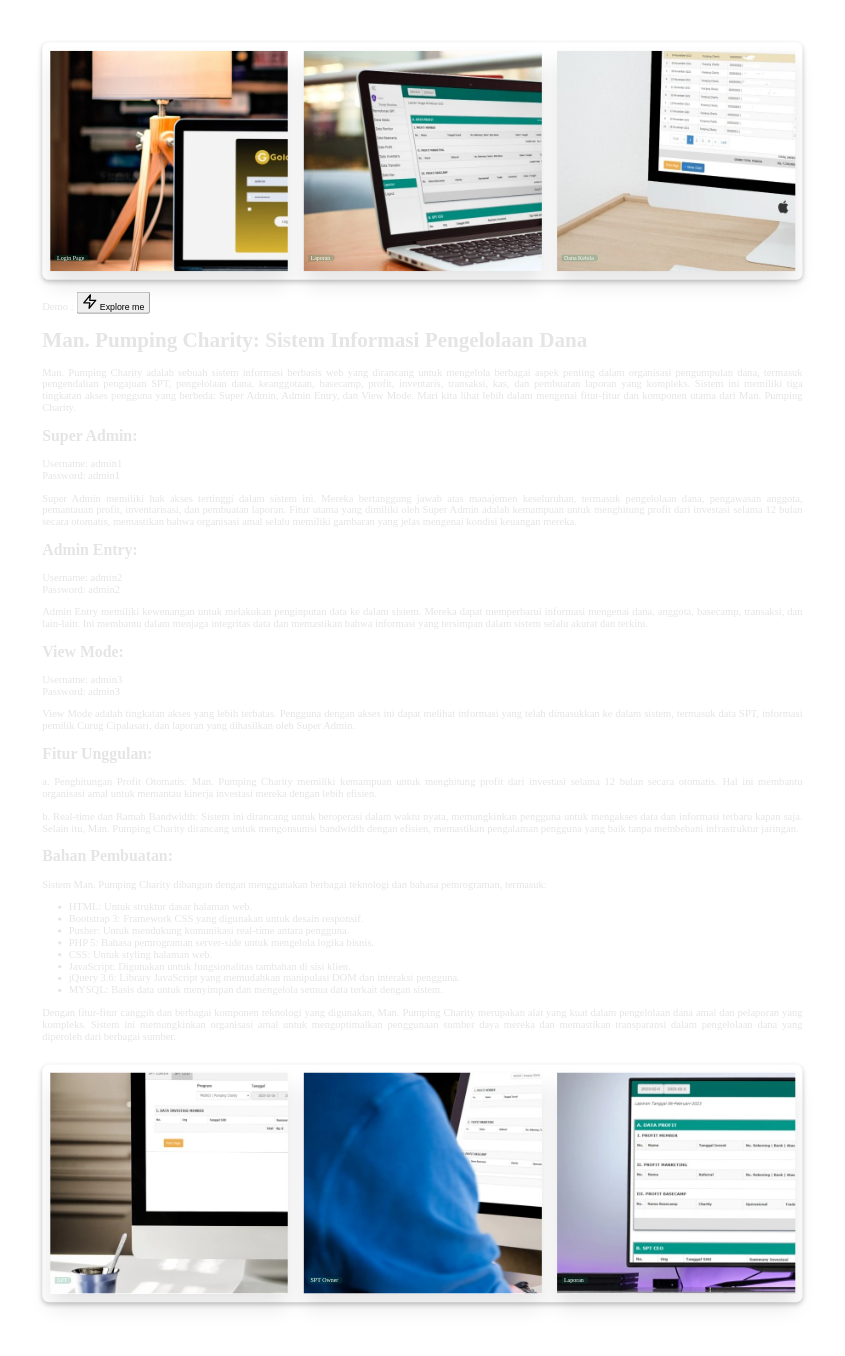
Repository: yusup-maulana/yusup-maulana.github.io
Page: portofolio-manpumping.html
An editor plug-in stored every save of this project. The page is shown before and after the next save, followed by the edit.
The browser window is 1280 px wide. The pictures show the whole page, at 66% of full size.
Some web fonts or font styles are not loaded; a fallback is used.

Above is the page before, as saved 2023-10-06 21:34:37.

### portofolio-manpumping.html
<style type="text/css">
  @import url("https://fonts.googleapis.com/css?family=Baloo+Chettan+2&display=swap");

  .body2::-webkit-scrollbar {
    width: 0.5em;
  }

  .body2::-webkit-scrollbar-track {
    box-shadow: inset 0 0 6px rgb(167 167 167 / 41%);
    background-color: #061e29;
  }

  .body2::-webkit-scrollbar-thumb {
    background-color: #00f1ffab;
  }

  .body2 {
    font-family: "Baloo Chettan 2";
    color: #e5e5e5;
    margin: 2%;
    text-align: justify;
    padding: 3%;
  }

  .body2 a {
    color: dodgerblue;
  }

  /* table wisata ...................*/
  .twisata {
  }

  .twisata tr {
    background: linear-gradient(90deg, #1193a1, transparent);
    color: white;
    font-weight: 900;
    border: 3px solid #ffffff;
  }

  .twisata tr td {
  }

  .twisata tr td span {
    background: #bdffda;
    font-weight: 900;
    padding: 1px 6px;
    border-radius: 5px;
    color: #08102b;
  }

  /* wisata-container ...................*/
  .container-wisata {
    box-shadow: rgb(0 0 0 / 24%) 0px 3px 8px;
    display: flex;
    width: 100%;
    padding: 1% 0%;
    box-sizing: border-box;
    height: 50vh;
    border-radius: 10px;
  }

  .boxwisata {
    flex: 1;
    overflow: hidden;
    transition: 0.5s;
    margin: 1px 1%;
    box-shadow: 0 20px 30px rgba(0, 0, 0, 0.1);
    line-height: 0;
  }

  .boxwisata > img {
    width: 200%;
    height: calc(100% - 10vh);
    object-fit: cover;
    transition: 0.5s;
    height: 100% !important;
  }

  .boxwisata > span {
    position: relative;
    left: 7px;
    font-size: xx-small;
    color: #f5fff7 !important;
    bottom: 20px;
    white-space: nowrap;
    background-color: rgb(1 118 74 / 20%);
    padding: 0 6px 0 4px;
    border-radius: 0 10px 10px 0;
  }

  .boxwisata:hover {
    flex: 1 1 50%;
  }

  .boxwisata:hover > img {
    width: 100%;
    height: 100%;
  }
</style>
<div class="container-wisata">
  <div class="boxwisata">
    <img alt="Curug Cipalasari" src="IMG/pumpingcharity/man.pumpingc1.webp" />
    <span>Login Page</span>
  </div>
  <div class="boxwisata">
    <img alt="Curug Cipalasari" src="IMG/pumpingcharity/man.pumpingc2.webp" />
    <span>Laporan</span>
  </div>
  <div class="boxwisata">
    <img alt="Curug Cipalasari" src="IMG/pumpingcharity/man.pumpingc3.webp" />
    <span>Dana Kelola</span>
  </div>
</div>
<br />

<body class="body2">
  Demo :
  <a target="_blank" href="https://maulana-project122.000webhostapp.com/"
    ><button>
      <svg
        viewBox="0 0 24 24"
        width="24"
        height="24"
        stroke="currentColor"
        stroke-width="2"
        fill="none"
        stroke-linecap="round"
        stroke-linejoin="round"
        class="css-i6dzq1"
      >
        <polygon points="13 2 3 14 12 14 11 22 21 10 12 10 13 2"></polygon>
      </svg>
      Explore me
    </button></a
  ><br />
  <h1>Man. Pumping Charity: Sistem Informasi Pengelolaan Dana</h1>
  <p>
    Man. Pumping Charity adalah sebuah sistem informasi berbasis web yang
    dirancang untuk mengelola berbagai aspek penting dalam organisasi
    pengumpulan dana, termasuk pengendalian pengajuan SPT, pengelolaan dana,
    keanggotaan, basecamp, profit, inventaris, transaksi, kas, dan pembuatan
    laporan yang kompleks. Sistem ini memiliki tiga tingkatan akses pengguna
    yang berbeda: Super Admin, Admin Entry, dan View Mode. Mari kita lihat lebih
    dalam mengenai fitur-fitur dan komponen utama dari Man. Pumping Charity.
  </p>

  <h2>Super Admin:</h2>
  <p>Username: admin1<br />Password: admin1</p>
  <p>
    Super Admin memiliki hak akses tertinggi dalam sistem ini. Mereka
    bertanggung jawab atas manajemen keseluruhan, termasuk pengelolaan dana,
    pengawasan anggota, pemantauan profit, inventarisasi, dan pembuatan laporan.
    Fitur utama yang dimiliki oleh Super Admin adalah kemampuan untuk menghitung
    profit dari investasi selama 12 bulan secara otomatis, memastikan bahwa
    organisasi amal selalu memiliki gambaran yang jelas mengenai kondisi
    keuangan mereka.
  </p>

  <h2>Admin Entry:</h2>
  <p>Username: admin2<br />Password: admin2</p>
  <p>
    Admin Entry memiliki kewenangan untuk melakukan penginputan data ke dalam
    sistem. Mereka dapat memperbarui informasi mengenai dana, anggota, basecamp,
    transaksi, dan lain-lain. Ini membantu dalam menjaga integritas data dan
    memastikan bahwa informasi yang tersimpan dalam sistem selalu akurat dan
    terkini.
  </p>

  <h2>View Mode:</h2>
  <p>Username: admin3<br />Password: admin3</p>
  <p>
    View Mode adalah tingkatan akses yang lebih terbatas. Pengguna dengan akses
    ini dapat melihat informasi yang telah dimasukkan ke dalam sistem, termasuk
    data SPT, informasi pemilik Curug Cipalasari, dan laporan yang dihasilkan
    oleh Super Admin.
  </p>

  <h2>Fitur Unggulan:</h2>
  <p>
    a. Penghitungan Profit Otomatis: Man. Pumping Charity memiliki kemampuan
    untuk menghitung profit dari investasi selama 12 bulan secara otomatis. Hal
    ini membantu organisasi amal untuk memantau kinerja investasi mereka dengan
    lebih efisien.
  </p>
  <p>
    b. Real-time dan Ramah Bandwidth: Sistem ini dirancang untuk beroperasi
    dalam waktu nyata, memungkinkan pengguna untuk mengakses data dan informasi
    terbaru kapan saja. Selain itu, Man. Pumping Charity dirancang untuk
    mengonsumsi bandwidth dengan efisien, memastikan pengalaman pengguna yang
    baik tanpa membebani infrastruktur jaringan.
  </p>

  <h2>Bahan Pembuatan:</h2>
  <p>
    Sistem Man. Pumping Charity dibangun dengan menggunakan berbagai teknologi
    dan bahasa pemrograman, termasuk:
  </p>
  <ul>
    <li>HTML: Untuk struktur dasar halaman web.</li>
    <li>Bootstrap 3: Framework CSS yang digunakan untuk desain responsif.</li>
    <li>Pusher: Untuk mendukung komunikasi real-time antara pengguna.</li>
    <li>
      PHP 5: Bahasa pemrograman server-side untuk mengelola logika bisnis.
    </li>
    <li>CSS: Untuk styling halaman web.</li>
    <li>JavaScript: Digunakan untuk fungsionalitas tambahan di sisi klien.</li>
    <li>
      jQuery 3.6: Library JavaScript yang memudahkan manipulasi DOM dan
      interaksi pengguna.
    </li>
    <li>
      MYSQL: Basis data untuk menyimpan dan mengelola semua data terkait dengan
      sistem.
    </li>
  </ul>

  <p>
    Dengan fitur-fitur canggih dan berbagai komponen teknologi yang digunakan,
    Man. Pumping Charity merupakan alat yang kuat dalam pengelolaan dana amal
    dan pelaporan yang kompleks. Sistem ini memungkinkan organisasi amal untuk
    mengoptimalkan penggunaan sumber daya mereka dan memastikan transparansi
    dalam pengelolaan dana yang diperoleh dari berbagai sumber.
  </p>

  <br />
  <div class="container-wisata">
    <div class="boxwisata">
      <img alt="Curug Cipalasari" src="IMG/pumpingcharity/man.pumpingc4.webp" />
      <span>SPT</span>
    </div>
    <div class="boxwisata">
      <img alt="Curug Cipalasari" src="IMG/pumpingcharity/man.pumpingc5.webp" />
      <span>SPT Owner</span>
    </div>
    <div class="boxwisata">
      <img alt="Curug Cipalasari" src="IMG/pumpingcharity/man.pumpingc6.webp" />
      <span>Laporan</span>
    </div>
  </div>
  <br />
</body>

After the next save:
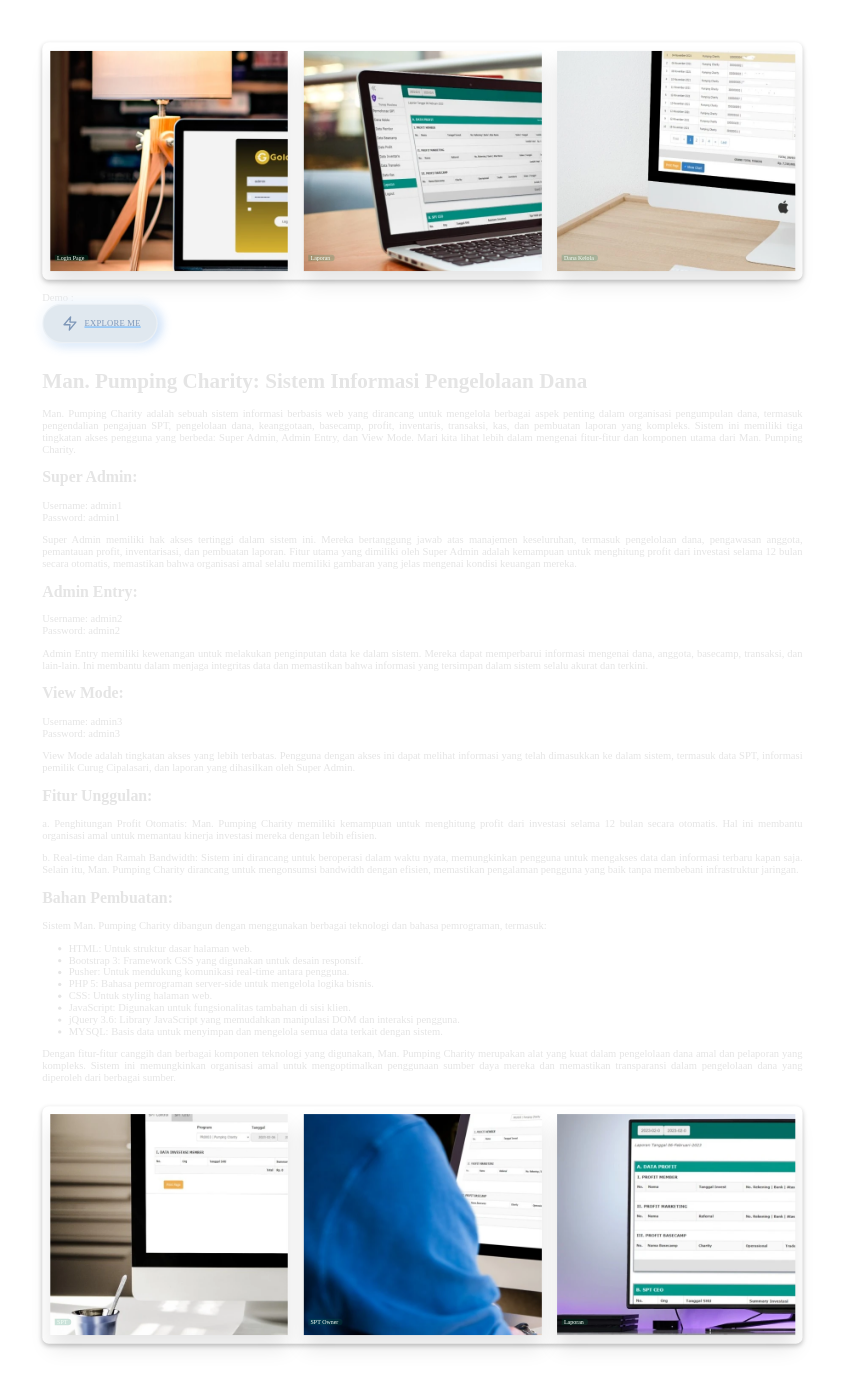
Saved 9 s later.
--- a/portofolio-manpumping.html
+++ b/portofolio-manpumping.html
@@ -95,6 +95,39 @@
   .boxwisata:hover > img {
     width: 100%;
     height: 100%;
+  }
+
+  button {
+    display: flex;
+    align-items: center;
+    justify-content: center;
+    gap: 10px;
+    font-family: inherit;
+    font-size: 13px;
+    font-weight: 500;
+    text-transform: uppercase;
+    letter-spacing: 0.4px;
+    color: #7e97b8;
+    background-color: #e0e8ef;
+    border-style: solid;
+    border-width: 2px 2px 2px 2px;
+    border-color: rgba(255, 255, 255, 0.333);
+    border-radius: 40px 40px 40px 40px;
+    padding: 16px 24px 16px 28px;
+    transform: translate(0px, 0px) rotate(0deg);
+    transition: 0.2s;
+    box-shadow: -4px -2px 16px 0px #ffffff,
+      4px 2px 16px 0px rgb(95 157 231 / 48%);
+  }
+
+  button:hover {
+    color: #516d91;
+    background-color: #e5edf5;
+    box-shadow: -2px -1px 8px 0px #ffffff, 2px 1px 8px 0px rgb(95 157 231 / 48%);
+  }
+
+  button:active {
+    box-shadow: none;
   }
 </style>
 <div class="container-wisata">
